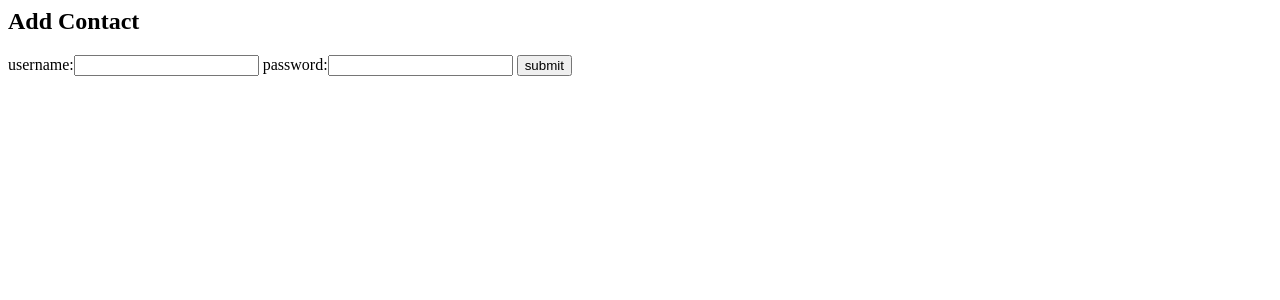
Repository: figo645/NewGenerationOA
Page: http://localhost/mavenweb/users/register.jsp
The author's editor kept a copy of each file at every save. The page is drawn from the files as they stood at one save, then again after the next save.
The browser window is 1280 px wide. The pictures show the whole page.
The page is served by Tomcat 9. Nobody is signed in. The application's start-up code is not run. Other server files are loaded and not shown.

Above is the page before, as saved 2015-09-26 18:33:09.

### 3.implementtation/prototype_ws/mavenweb/src/main/webapp/users/register.jsp
<html>
<body>
	<h2>Add Contact</h2>
	<form method="post"
		action="<%=request.getContextPath()%>/contact/addsearch">
		username:<input type="text" name="username" id="username"> password:<input
			type="text" name="password" id="password"> <input type="submit"
			value="submit">
	</form>
</body>
</html>

After the next save:
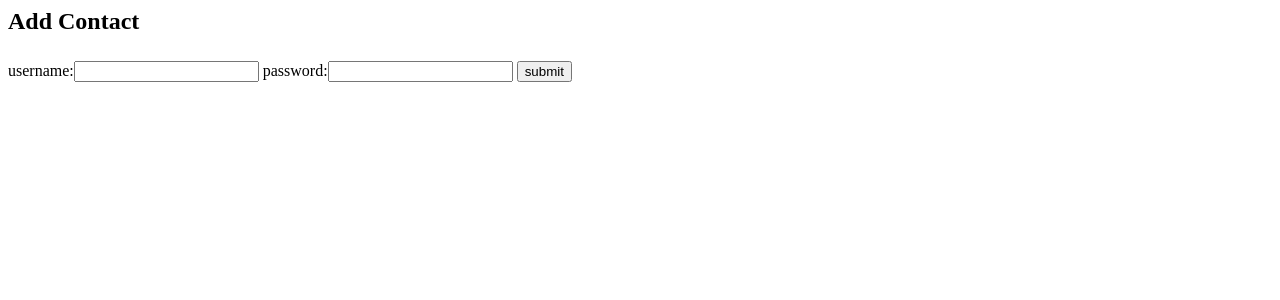
Saved 58 s later.
--- a/3.implementtation/prototype_ws/mavenweb/src/main/webapp/users/register.jsp
+++ b/3.implementtation/prototype_ws/mavenweb/src/main/webapp/users/register.jsp
@@ -3,6 +3,14 @@
 	<h2>Add Contact</h2>
 	<form method="post"
 		action="<%=request.getContextPath()%>/contact/addsearch">
+		<table>
+			<tr>
+				<td></td>
+				<td></td>
+			</tr>
+
+		</table>
+
 		username:<input type="text" name="username" id="username"> password:<input
 			type="text" name="password" id="password"> <input type="submit"
 			value="submit">
